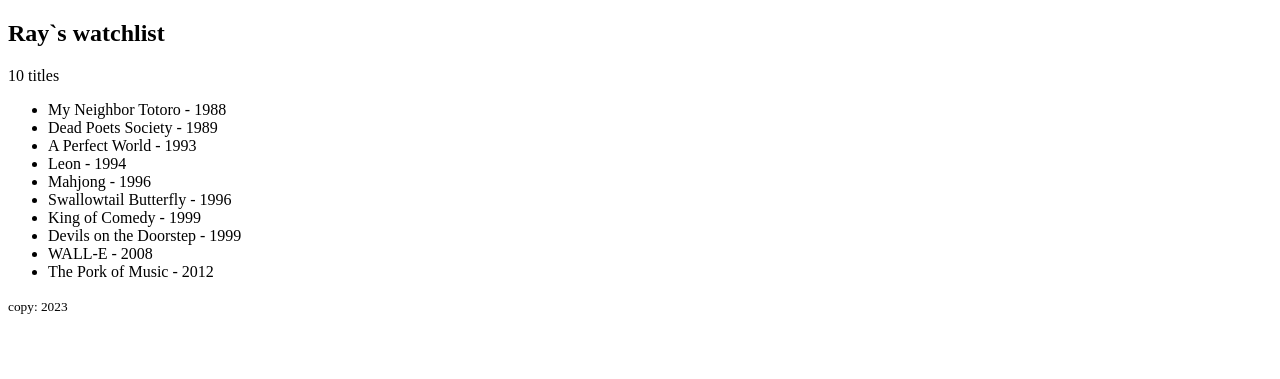
Repository: NeoRay2100/fask2309
Page: http://localhost/
These files come from the project's save history. The page is drawn as it stood at one moment and after a run of saves; the edit follows.
The browser window is 1280 px wide. The pictures show the whole page.
The page is served by the project's application, run on Flask 3 (app_u1.py).

Above is the page before, as saved 2023-10-07 11:40:31.

After the next 3 saves:
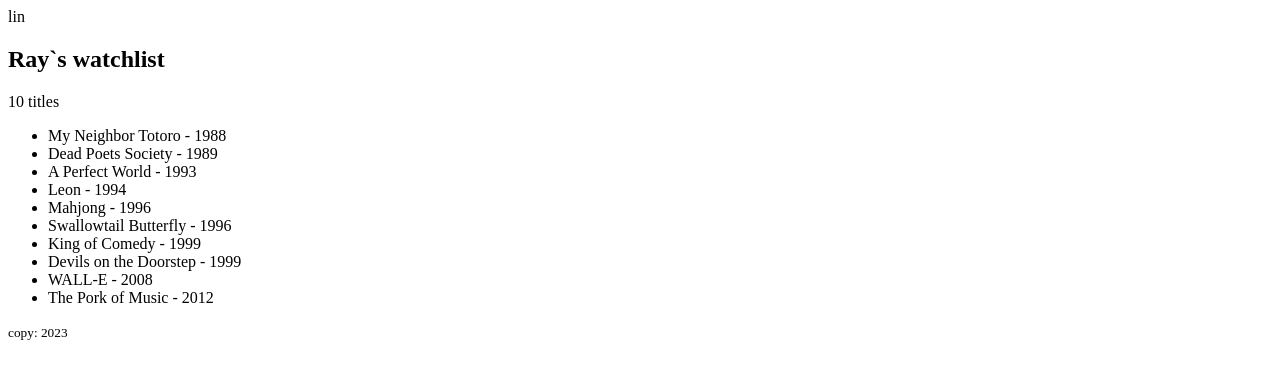
The 3 saves are shown as one change because they came seconds apart.
The last was saved 11 s later.
--- a/templates/index.html
+++ b/templates/index.html
@@ -4,7 +4,7 @@
     <meta charset="UTF-8">
     <meta name="viewport" content="width=device-width, initial-scale=1.0">
     <title>Document</title>
-    <link rel="stylesheet" href="">
+    lin
 </head>
 <body>
     <h2>{{ name }}`s watchlist</h2>
